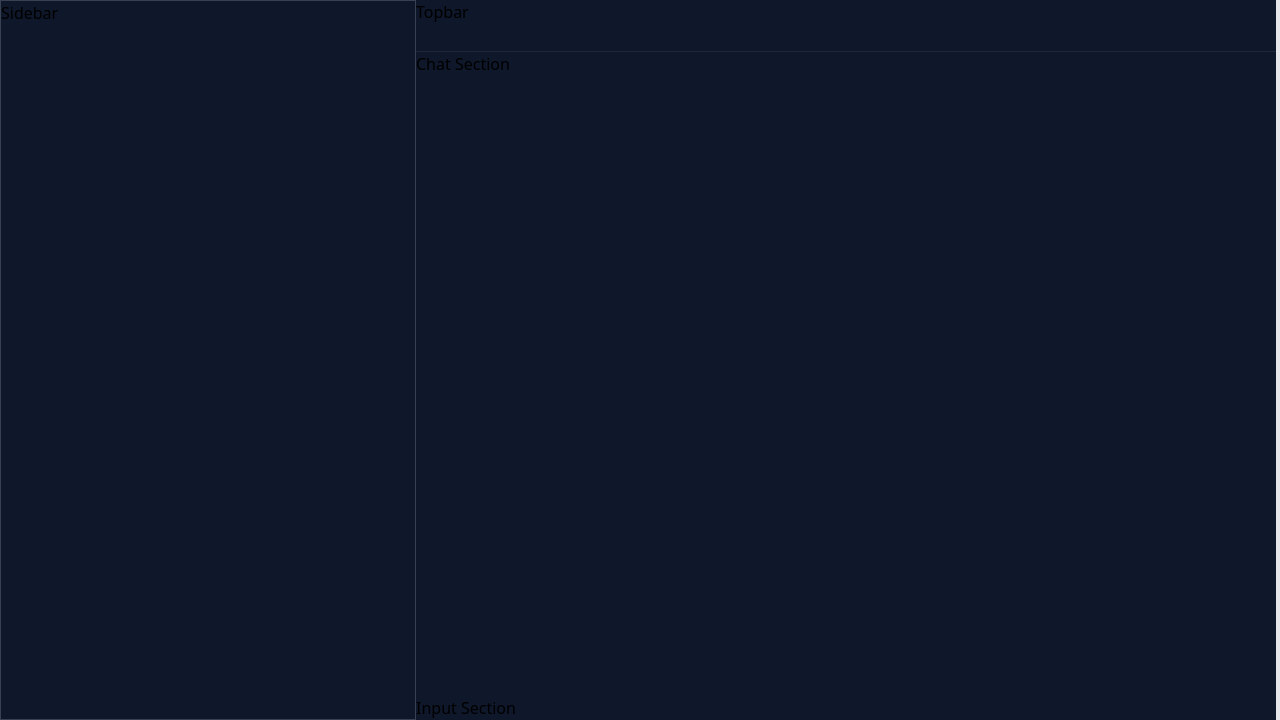
Repository: Qu4ntumGuy/telegram-clone
Page: /
These files come from the project's save history. The page is drawn as it stood at one moment and after the next save; the edit follows.
The browser window is 1280 px wide. The pictures show the whole page.
The project was rebuilt for these pictures with package versions that can differ from the ones it lists, and the page was loaded fresh each time. Also part of the build but not shown: src/Utils/ContextProvider.js.

Above is the page before, as saved 2024-07-15 11:04:59.

### src/index.css
@tailwind base;
@tailwind components;
@tailwind utilities;

:root {
  @apply bg-slate-900;
}

### src/App.js
import { Routes, BowserRouter, Route } from "react-router-dom";
import Sidebar from "./Components/Sidebar";
import Home from "./Pages/Home/Home";

function App() {
  return (
    <div className="flex max-w-[105rem] mx-auto">
      <Sidebar />

      <Home />
    </div>
  );
}

export default App;

### src/Components/Sidebar.js
import React from "react";
import { useComponentContext } from "../Utils/ContextProvider";

function Sidebar() {
  const context = useComponentContext();
  return (
    <div className="min-w-[26rem] border border-gray-700 h-screen">Sidebar</div>
  );
}

export default Sidebar;

### src/Pages/Home/Home.js
import React from "react";

function Home() {
  return (
    <div className="flex flex-col justify-center h-screen border-r-4 w-full">
      <div className="top-0 mb-auto h-14 border-b border-gray-800">Topbar</div>
      <div className="flex flex-col h-full">
        <div className="">Chat Section</div>
        <div className="bottom-0 mt-auto">Input Section</div>
      </div>
    </div>
  );
}

export default Home;

Loaded but not shown: public/index.html (common file); src/index.js (common file); src/reportWebVitals.js (common file); tailwind.config.js (common file)

After the next save:
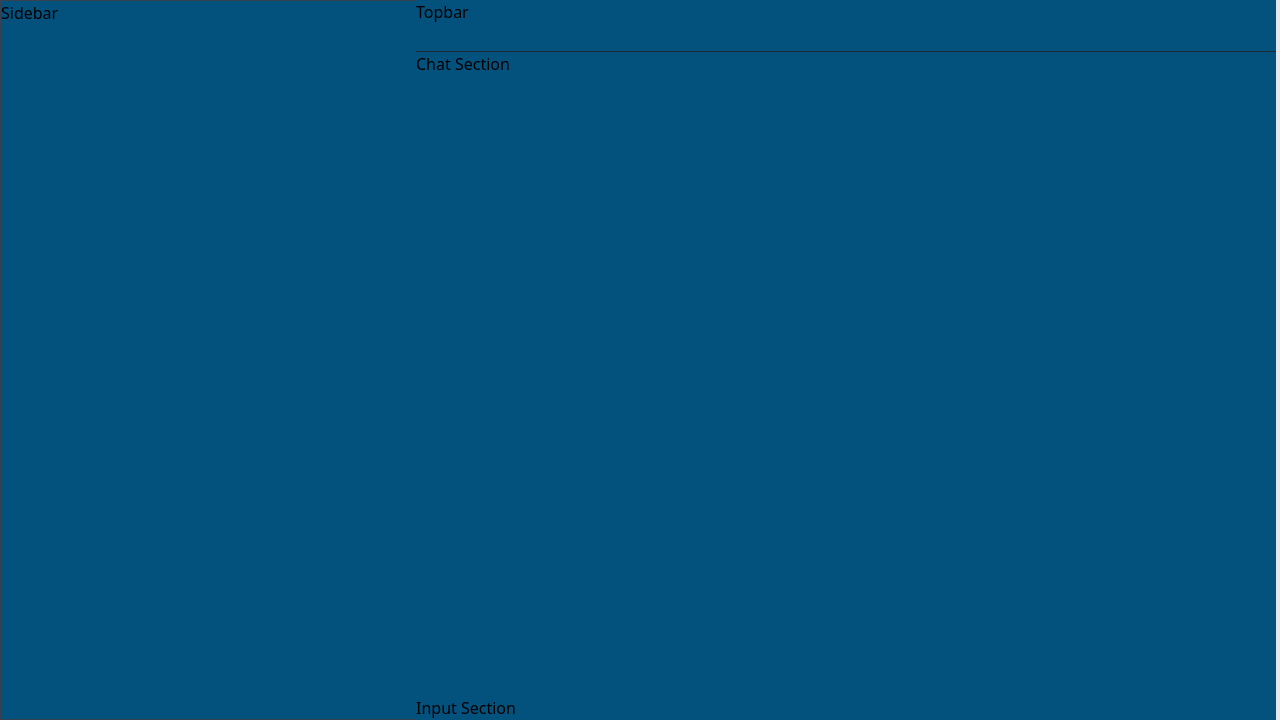
Saved 77 s later.
--- a/src/index.css
+++ b/src/index.css
@@ -3,5 +3,5 @@
 @tailwind utilities;
 
 :root {
-  @apply bg-slate-900;
+  @apply bg-[#03527E];
 }
